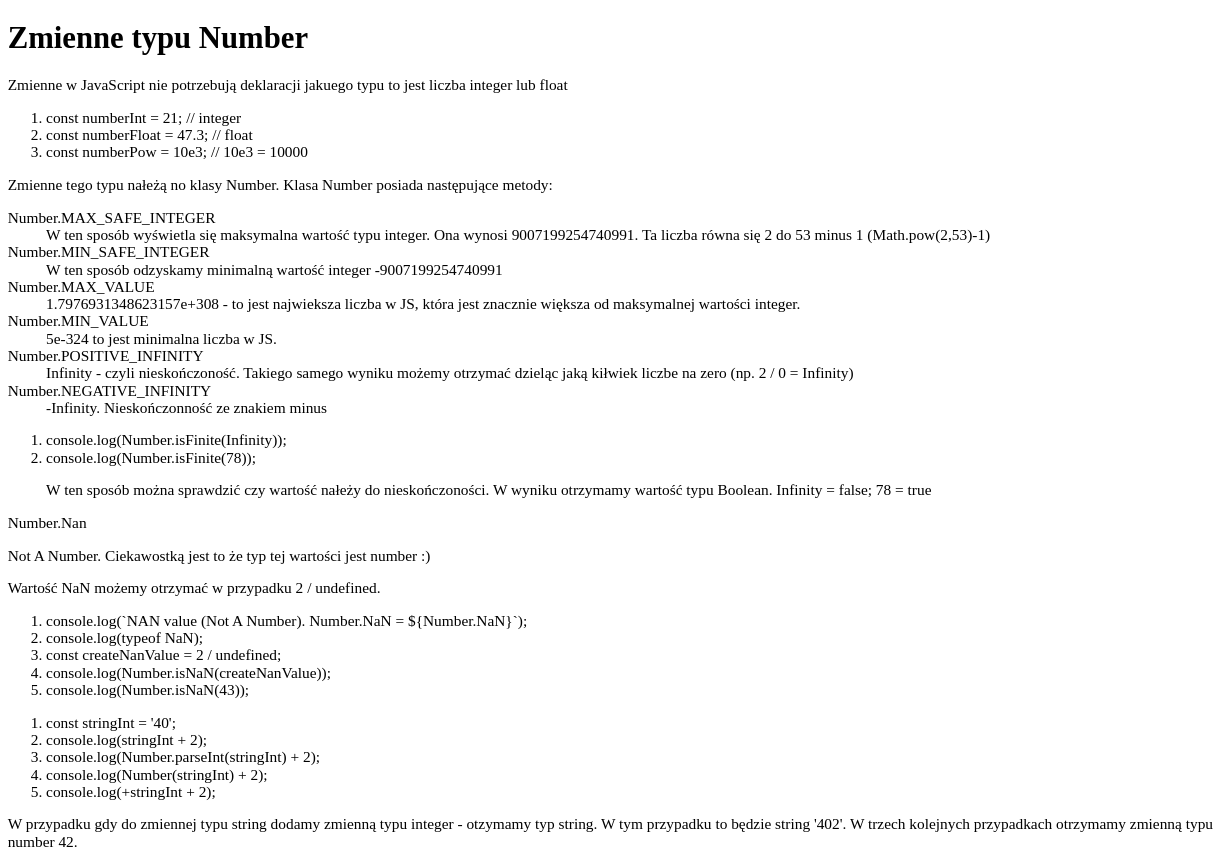
Repository: romanstetsiuk1/JS_learn
Page: number.html
An editor plug-in stored every save of this project. The page is shown before and after the next save, followed by the edit.
The browser window is 1280 px wide. The pictures show the whole page, at 96% of full size.

Above is the page before, as saved 2020-08-13 16:27:23.

After the next save:
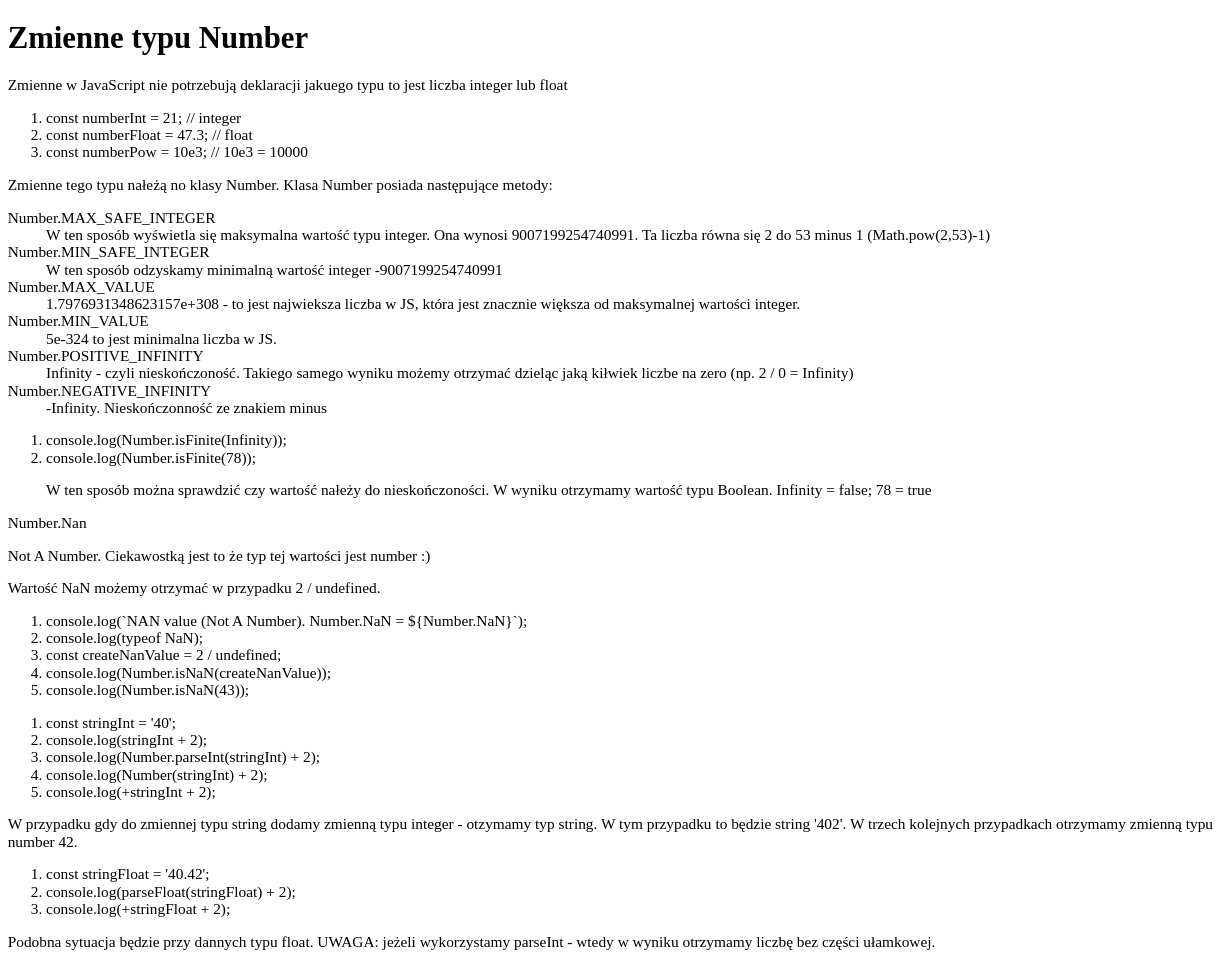
Saved 67 s later.
--- a/number.html
+++ b/number.html
@@ -91,6 +91,17 @@
         typ string. W tym przypadku to będzie string '402'. W trzech kolejnych przypadkach
         otrzymamy zmienną typu number 42.
       </p>
+
+      <div class="vsCode">
+        <ol>
+          <li>const stringFloat = '40.42';</li>
+          <li>console.log(parseFloat(stringFloat) + 2);</li>
+          <li>console.log(+stringFloat + 2);</li>
+        </ol>
+      </div>
+      <p>Podobna sytuacja będzie przy dannych typu float. UWAGA: jeżeli
+        wykorzystamy parseInt - wtedy w wyniku otrzymamy liczbę bez części ułamkowej.
+      </p>
     </article>
 
   </main>
